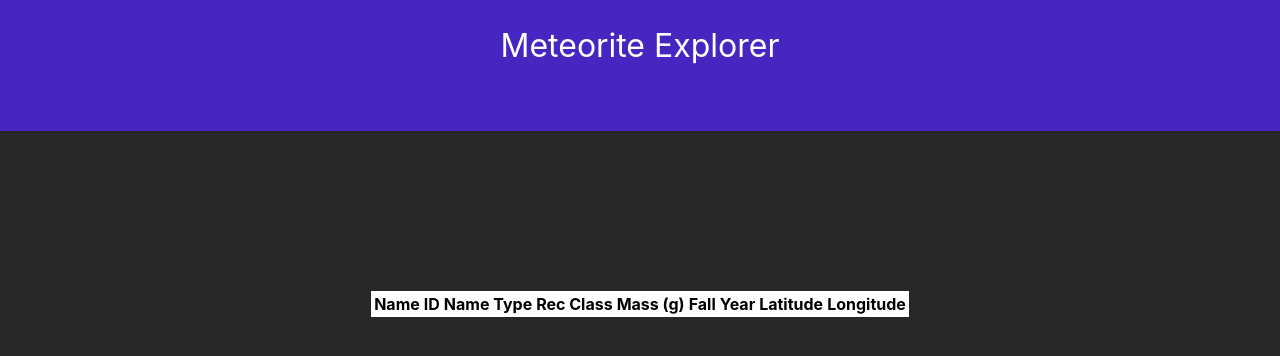
Repository: Tsardines/meteorite-explorer
Page: / (app in meteorite-explorer/)
These files come from the project's save history. The page is drawn as it stood at one moment and after the next save; the edit follows.
The browser window is 1280 px wide. The pictures show the whole page.
The page's requests for data from a server got no answer. The project was rebuilt for these pictures with package versions that can differ from the ones it lists, and the page was loaded fresh each time. No one was signed in, and anything a server would have sent is missing.

Above is the page before, as saved 2019-05-27 16:42:24.

After the next save:
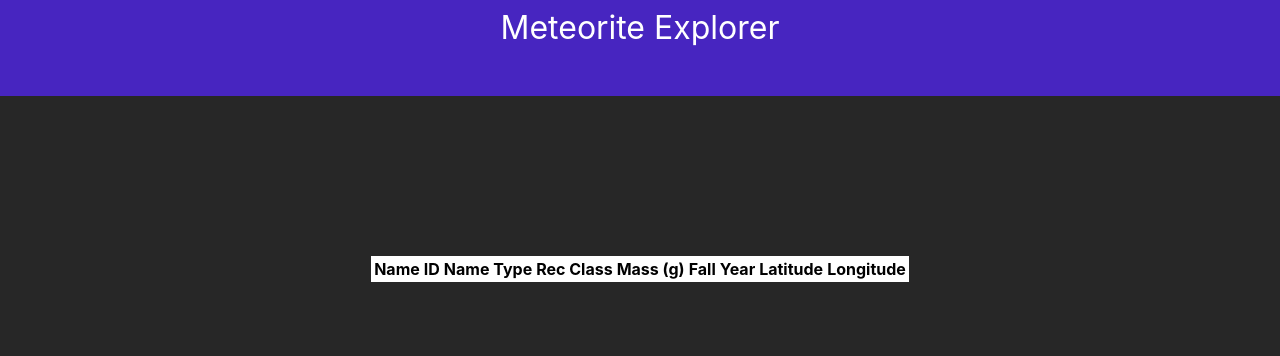
Saved 7 s later.
--- a/meteorite-explorer/src/App.css
+++ b/meteorite-explorer/src/App.css
@@ -7,7 +7,7 @@ body {
   color: white;
   font-size: 2rem;
   height: 5rem;
-  padding: 2% 0;
+  padding: 0.5rem 0;
   text-align: center;
 }
 
